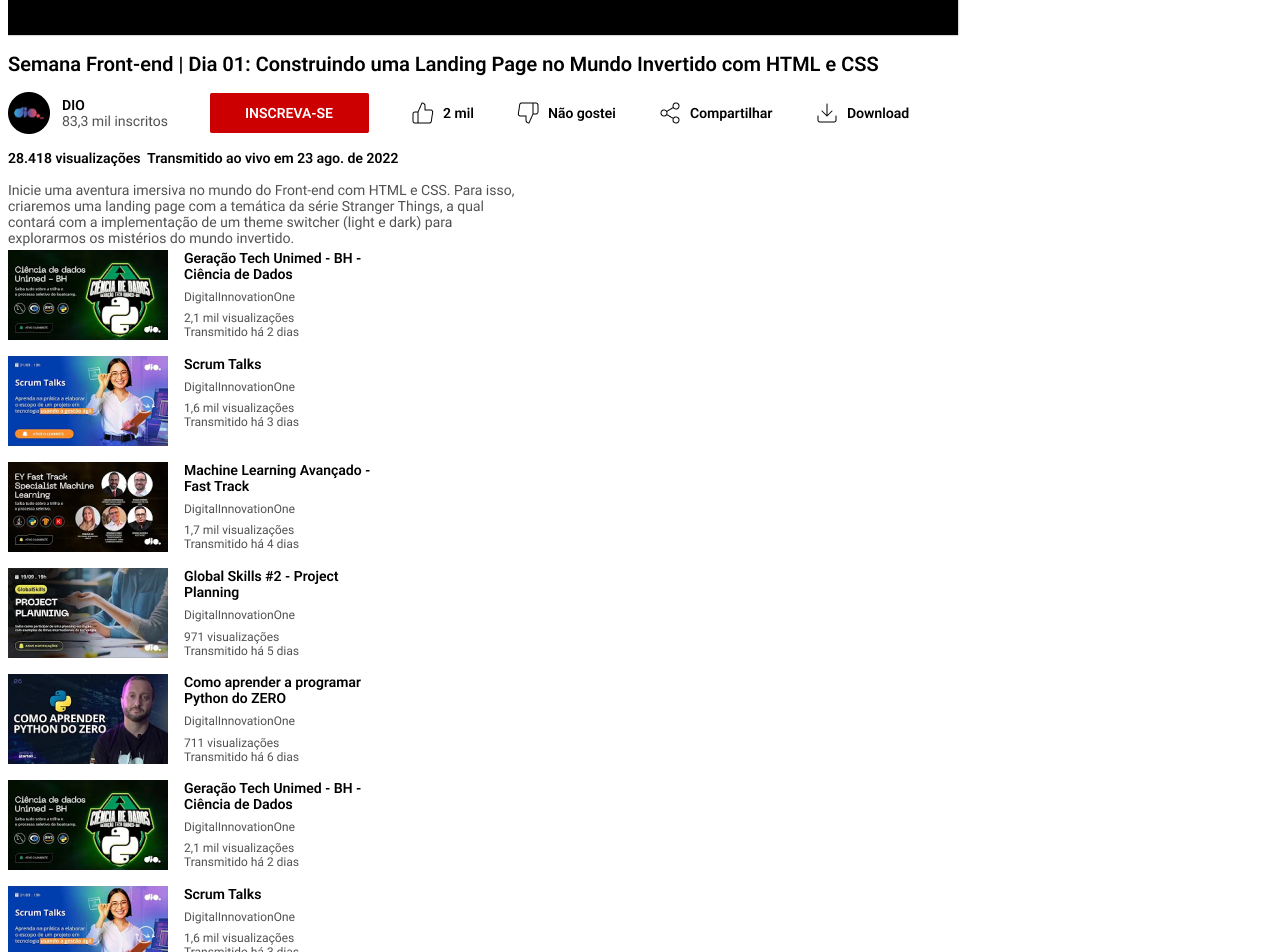
Repository: gustavotwist/design-youtube
Page: assets/index.html
The author's editor kept a copy of each file at every save. The page is drawn from the files as they stood at one save, then again after a run of saves.
The browser window is 1280 px wide. The pictures show the part of the page from y = 812 to 1764 px (the page is 2012 px tall).
A picture or video elsewhere on the page could not be fetched, so the positions and the page height are approximate.

Above is the page before, as saved 2024-07-26 18:36:40.

After the next 3 saves:
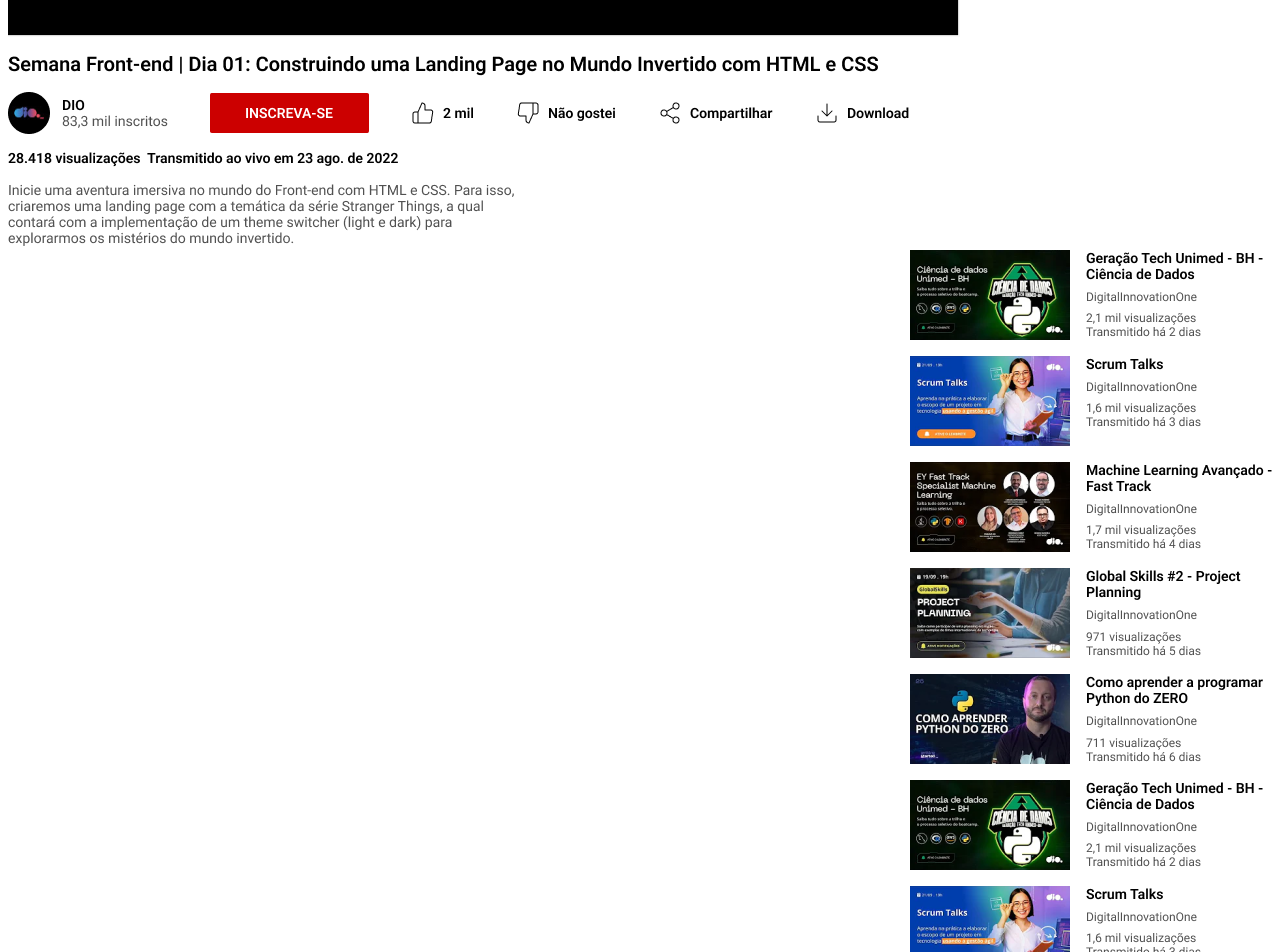
The 3 saves are shown as one change because they came seconds apart.
The last was saved 9 s later.
--- a/assets/style.css
+++ b/assets/style.css
@@ -1,4 +1,4 @@
 section {
-    align-iten
+    align-items:;
     text-align:right;
 }

After the 4 saves that followed:
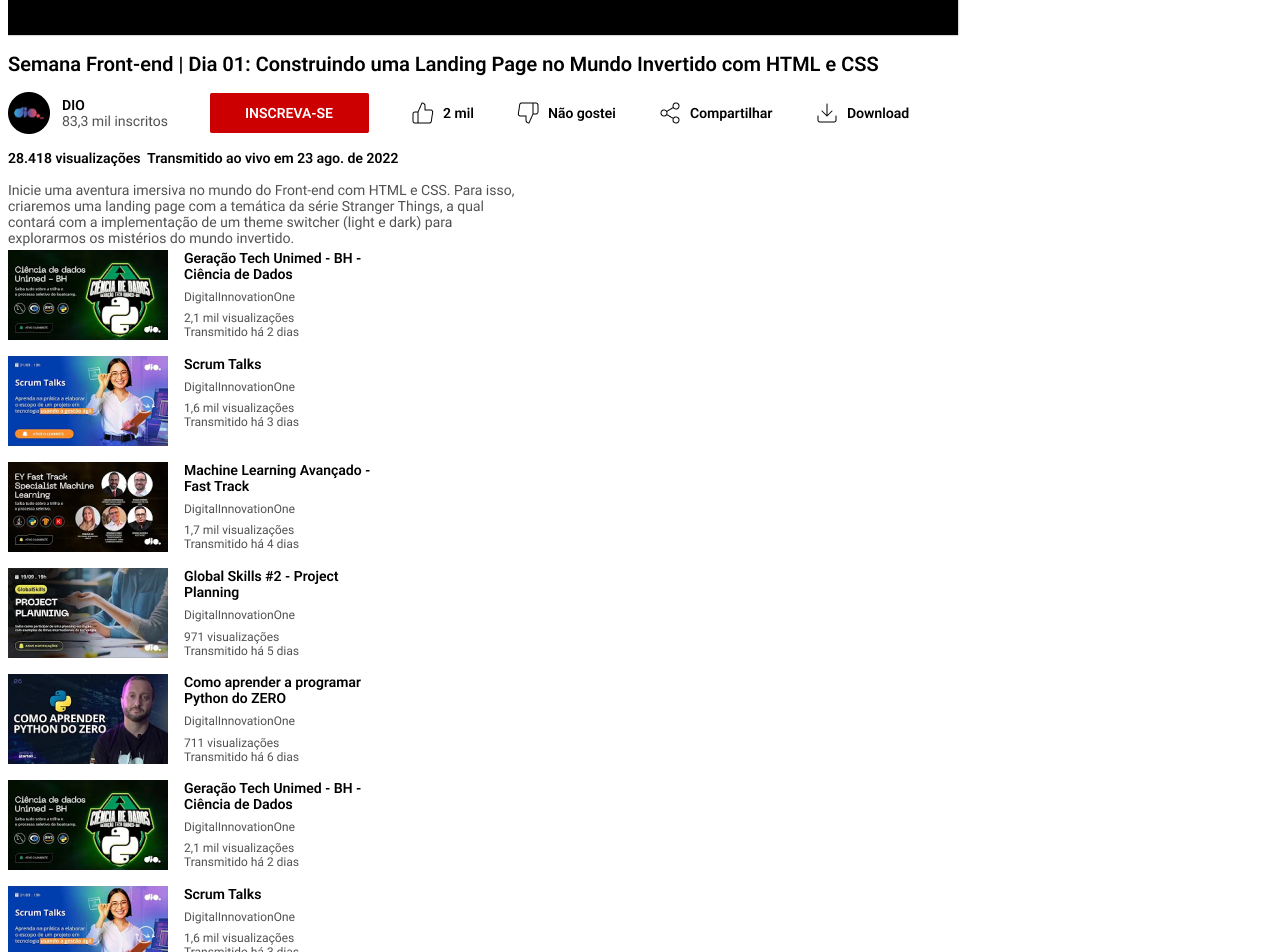
The 4 saves are shown as one change because they came seconds apart.
The last was saved 48 s later.
--- a/assets/style.css
+++ b/assets/style.css
@@ -1,4 +1,4 @@
 section {
     align-items:;
-    text-align:right;
+    text-align:top-right;
 }
